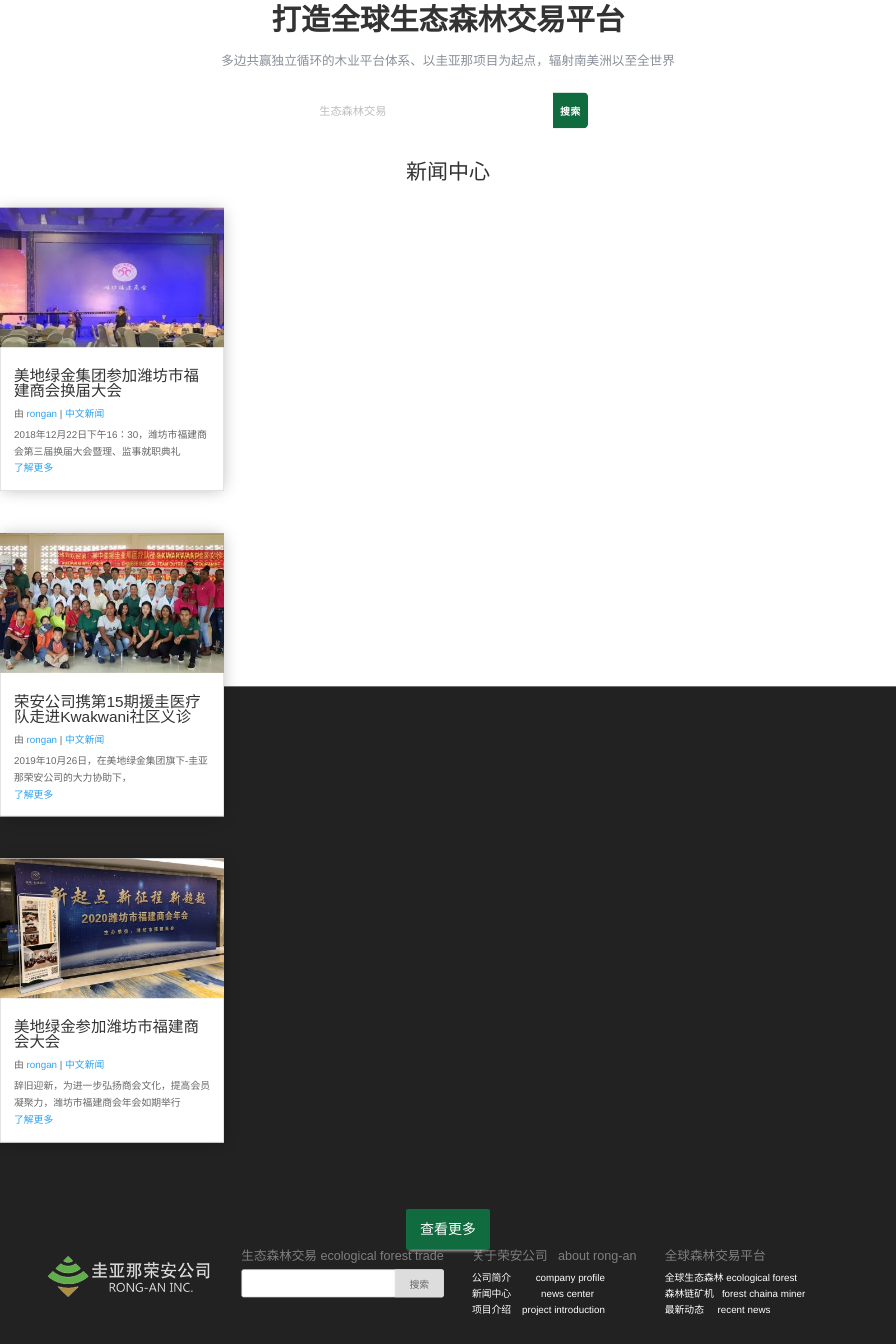
Repository: wfj01/guanwang
Page: /
The author's editor kept a copy of each file at every save. The page is drawn from the files as they stood at one save, then again after the next save.
The browser window is 1280 px wide. The pictures show the part of the page from y = 2256 to 4176 px (the page is 4234 px tall), at 70% of full size.
The project was rebuilt for these pictures with package versions that can differ from the ones it lists, and the page was loaded fresh each time. Also part of the build but not shown: src/view/guanyu/guanyu.vue, src/view/gyn/gyn.vue, src/view/xiangmu/xiangmu.vue, src/view/news/news.vue, src/view/jiaoyi/jiaoyi.vue, src/view/lianxi/lianxi.vue, src/view/news/detail.vue, src/components/m/guanyu/mguanyu.vue and 5 more.

Above is the page before, as saved 2021-01-08 11:07:48.

### index.html
<!DOCTYPE html>
<html>
  <head>
    <meta charset="utf-8">
    <meta name="viewport" content="width=device-width,initial-scale=1.0">
    <title>rongan</title>
  </head>
  <body>
    <div id="app"></div>
    <!-- built files will be auto injected -->
  </body>
</html>

<style>
  body {
    margin: 0;
  }
</style>

### src/App.vue
<template>
  <div id="app">
    <router-view  />
  </div>
</template>

<script>
export default {
  name: "App",

  data(){
    return{
      isMobile:false
    }
  },
  //App.vue
  mounted() {
    if (this._isMobile()) {
      this.isMobile = true
      } else {
        this.isMobile = false
      }
  },
  methods: {
    //App.vue
    _isMobile() {
      let flag = navigator.userAgent.match(
        /(phone|pad|pod|iPhone|iPod|ios|iPad|Android|Mobile|BlackBerry|IEMobile|MQQBrowser|JUC|Fennec|wOSBrowser|BrowserNG|WebOS|Symbian|Windows Phone)/i
      );
      return flag;
    },
  },
};
</script>

<style>
#app {
  font-family: "Avenir", Helvetica, Arial, sans-serif;
  -webkit-font-smoothing: antialiased;
  -moz-osx-font-smoothing: grayscale;
}
</style>

### src/view/index.vue
<template>
  <div>
    <mindexview v-show="ismorpc"></mindexview>
    <pindexview v-show="!ismorpc"></pindexview>
  </div>
</template>

<script>
export default {
  data() {
    return {
      ismorpc: false,
    };
  },
  // beforeCreate() {
  //   console.log(this.isMobile());
  //   if (this.isMobile()) {
  //     this.ismorpc = true;
  //   } else {
  //     this.ismorpc = false;
  //   }
  // },
  // created() {
  //   console.log(this.isMobile());
  //   if (this.isMobile()) {
  //     this.ismorpc = true;
  //   } else {
  //     this.ismorpc = false;
  //   }
  // },
  mounted() {
    console.log(this.isMobile());
    if (this.isMobile()) {
      this.ismorpc = true;
    } else {
      this.ismorpc = false;
    }
  },
  methods: {
    //判断
    isMobile() {
      let flag = navigator.userAgent.match(
        /(phone|pad|pod|iPhone|iPod|ios|iPad|Android|Mobile|BlackBerry|IEMobile|MQQBrowser|JUC|Fennec|wOSBrowser|BrowserNG|WebOS|Symbian|Windows Phone)/i
      );
      return flag;
    },
  },
};
</script>

<style>
</style>

### src/components/pc/index.vue
<template>
  <div>
    <!-- 头部 -->
    <pheaderview></pheaderview>
    <!-- 中间 -->
    <div id="page-container">
			<div id="et-main-area">
				<div id="main-content">
					<article id="post-8" class="post-8 page type-page status-publish hentry">
						<div class="entry-content">
							<div id="et-boc" class="et-boc">
								<div class="et-l et-l--post">
									<div class="et_builder_inner_content et_pb_gutters3">
										<div class="et_pb_section et_pb_section_0 et_animated et_pb_with_background et_section_regular">
											<div class="et_pb_row et_pb_row_0 et_animated">
												<div class="et_pb_column et_pb_column_4_4 et_pb_column_0  et_pb_css_mix_blend_mode_passthrough et-last-child">
													<div class="et_pb_with_border et_pb_module et_pb_cta_0 et_animated et_hover_enabled et_pb_promo  et_pb_text_align_left et_pb_bg_layout_dark et_pb_no_bg">
														<div class="et_pb_promo_description">
															<h1 class="et_pb_module_header">110英亩林区码头</h1>
															<div>
																<p style="text-align: left;">约475736公顷林地、出木总量为约1600万m³</p>
															</div>
														</div>
														<div class="et_pb_button_wrapper"><a class="et_pb_button et_pb_promo_button" href="#">绿色生态</a></div>
													</div>
												</div> <!-- .et_pb_column -->


											</div> <!-- .et_pb_row -->


										</div> <!-- .et_pb_section -->
										<div class="et_pb_section et_pb_section_1 et_section_regular">




											<div class="et_pb_row et_pb_row_1 et_pb_gutters3">
												<div class="et_pb_column et_pb_column_4_4 et_pb_column_1  et_pb_css_mix_blend_mode_passthrough et-last-child">


													<div class="et_pb_module et_pb_text et_pb_text_0 et_animated  et_pb_text_align_left et_pb_bg_layout_light">


														<div class="et_pb_text_inner">
															<h2 style="text-align: center;"><strong>圭亚那荣安公司业务范围</strong></h2>
															<h4 style="text-align: center;"><span style="color: #808080;">原木采伐销售、锯板厂深加工、进出口贸易</span></h4>
														</div>
													</div> <!-- .et_pb_text -->
												</div> <!-- .et_pb_column -->


											</div> <!-- .et_pb_row -->


										</div> <!-- .et_pb_section -->
										<div class="et_pb_section et_pb_section_2 et_section_regular">




											<div class="et_pb_row et_pb_row_2">
												<div class="et_pb_column et_pb_column_1_3 et_pb_column_2  et_pb_css_mix_blend_mode_passthrough">


													<div class="et_pb_module et_pb_image et_pb_image_0 et_animated et-waypoint">


														<span class="et_pb_image_wrap has-box-shadow-overlay">
															<div class="box-shadow-overlay"></div><img src="../../public/images/004.jpg" alt="" title="004" height="auto" width="auto"
															 srcset="../../public/images/004.jpg 320w, ../../public/images/004.jpg 300w" sizes="(max-width: 320px) 100vw, 320px" class="wp-image-37" />
														</span>
													</div>
													<div class="et_pb_module et_pb_toggle et_pb_toggle_0 et_animated et_pb_toggle_item  et_pb_toggle_close">


														<h5 class="et_pb_toggle_title">原木采伐销售</h5>
														<div class="et_pb_toggle_content clearfix">
															<p>荣安公司集森林采伐、木材销售，木材深加工为一体，贯穿整个木业产业链运输及销售</p>
														</div> <!-- .et_pb_toggle_content -->
													</div> <!-- .et_pb_toggle -->
												</div> <!-- .et_pb_column -->
												<div class="et_pb_column et_pb_column_1_3 et_pb_column_3  et_pb_css_mix_blend_mode_passthrough">


													<div class="et_pb_module et_pb_image et_pb_image_1 et_animated et-waypoint">


														<span class="et_pb_image_wrap has-box-shadow-overlay">
															<div class="box-shadow-overlay"></div><img src="../../public/images/005.jpg" alt="" title="005" height="auto" width="auto"
															 srcset="../../public/images/005.jpg 320w, ../../public/images/005.jpg 300w" sizes="(max-width: 320px) 100vw, 320px" class="wp-image-38" />
														</span>
													</div>
													<div class="et_pb_module et_pb_toggle et_pb_toggle_1 et_animated et_pb_toggle_item  et_pb_toggle_close">


														<h5 class="et_pb_toggle_title">锯板厂深加工</h5>
														<div class="et_pb_toggle_content clearfix">
															<p>出于对圭亚那林产品的信心，荣安公司还建设了锯板厂，加工多种树种</p>
														</div> <!-- .et_pb_toggle_content -->
													</div> <!-- .et_pb_toggle -->
												</div> <!-- .et_pb_column -->
												<div class="et_pb_column et_pb_column_1_3 et_pb_column_4  et_pb_css_mix_blend_mode_passthrough et-last-child">


													<div class="et_pb_module et_pb_image et_pb_image_2 et_animated et-waypoint">


														<span class="et_pb_image_wrap has-box-shadow-overlay">
															<div class="box-shadow-overlay"></div><img src="../../public/images/006.jpg" alt="" title="006" height="auto" width="auto"
															 srcset="../../public/images/006.jpg 320w, ../../public/images/006.jpg 300w" sizes="(max-width: 320px) 100vw, 320px" class="wp-image-39" />
														</span>
													</div>
													<div class="et_pb_module et_pb_toggle et_pb_toggle_2 et_animated et_pb_toggle_item  et_pb_text_align_left et_pb_toggle_close">


														<h5 class="et_pb_toggle_title">进出口贸易</h5>
														<div class="et_pb_toggle_content clearfix">荣安公司在南美洲及亚洲经营着销售网络和O2O平台、将圭亚那的木材产品销往世界各地。</div>
														<!-- .et_pb_toggle_content -->
													</div> <!-- .et_pb_toggle -->
												</div> <!-- .et_pb_column -->


											</div> <!-- .et_pb_row -->
											<div class="et_pb_row et_pb_row_3">
												<div class="et_pb_column et_pb_column_4_4 et_pb_column_5  et_pb_css_mix_blend_mode_passthrough et-last-child">


													<div class="et_pb_module et_pb_text et_pb_text_1  et_pb_text_align_left et_pb_bg_layout_light">


														<div class="et_pb_text_inner">
															<h1 style="text-align: center;"><span style="color: #808080;">荣安林区产量概述</span></h1>
															<h5 style="text-align: center;"><span style="color: #999999;">现荣安公司名下拥有2块林区、约475736公顷</span></h5>
														</div>
													</div> <!-- .et_pb_text -->
												</div> <!-- .et_pb_column -->


											</div> <!-- .et_pb_row -->
											<div class="et_pb_row et_pb_row_4">
												<div class="et_pb_column et_pb_column_1_3 et_pb_column_6  et_pb_css_mix_blend_mode_passthrough">


													<div class="et_pb_module et_pb_text et_pb_text_2 et_animated  et_pb_text_align_left et_pb_bg_layout_light">


														<div class="et_pb_text_inner">
															<h3>第一项目林区</h3>
															<p>林区面积57927公顷、出木总量约77.2万m³、根据圭亚那森林局规定、1平方公里允许出木量为1333m³、1公顷=0.01平方公里。</p>
															<p>荣安林区允许出木总量为475736X1333=6341560.9m³ 约634万m³</p>
														</div>
													</div> <!-- .et_pb_text -->
													<div class="et_pb_button_module_wrapper et_pb_button_0_wrapper  et_pb_module ">
														<a class="et_pb_button et_pb_button_0 et_hover_enabled et_pb_bg_layout_dark" href="">第一林区图片</a>
													</div>
												</div> <!-- .et_pb_column -->
												<div class="et_pb_column et_pb_column_2_3 et_pb_column_7  et_pb_css_mix_blend_mode_passthrough et-last-child">


													<div class="et_pb_module et_pb_image et_pb_image_3 et_animated et-waypoint">


														<span class="et_pb_image_wrap "><img src="../../public/images/f987838a68a08e05370b66177e9a523副本-2.png" alt="" title="f987838a68a08e05370b66177e9a523副本"
															 height="auto" width="auto" /></span>
													</div>
												</div> <!-- .et_pb_column -->


											</div> <!-- .et_pb_row -->
											<div class="et_pb_row et_pb_row_5">
												<div class="et_pb_column et_pb_column_1_2 et_pb_column_8  et_pb_css_mix_blend_mode_passthrough">


													<div class="et_pb_module et_pb_image et_pb_image_4 et_animated et-waypoint">


														<span class="et_pb_image_wrap "><img src="../../public/images/未命名-2.png" alt="" title="未命名-2" height="auto" width="auto" /></span>
													</div>
												</div> <!-- .et_pb_column -->
												<div class="et_pb_column et_pb_column_1_2 et_pb_column_9  et_pb_css_mix_blend_mode_passthrough et-last-child">


													<div class="et_pb_module et_pb_text et_pb_text_3 et_animated  et_pb_text_align_left et_pb_bg_layout_light">


														<div class="et_pb_text_inner">
															<h3>第二项目林区</h3>
															<p>林区面积417809公顷、出木总量约557万m³、如将60%的原木产品通过锯木厂的深加工及烘干后、成为各种等级的板材产品，可产生2-5倍的附加值</p>
															<p>荣安林区允许出木总量为475736X1333=6341560.9m³ 约634万m³</p>
														</div>
													</div> <!-- .et_pb_text -->
													<div class="et_pb_button_module_wrapper et_pb_button_1_wrapper  et_pb_module ">
														<a class="et_pb_button et_pb_button_1 et_hover_enabled et_pb_bg_layout_dark" href="">第二林区图片</a>
													</div>
												</div> <!-- .et_pb_column -->


											</div> <!-- .et_pb_row -->


										</div> <!-- .et_pb_section -->
										<div class="et_pb_section et_pb_section_3 et_section_regular">




											<div class="et_pb_row et_pb_row_6">
												<div class="et_pb_column et_pb_column_4_4 et_pb_column_10  et_pb_css_mix_blend_mode_passthrough et-last-child">


													<div class="et_pb_module et_pb_text et_pb_text_4 et_animated  et_pb_text_align_center et_pb_bg_layout_light">


														<div class="et_pb_text_inner">
															<h2>打造全球生态森林交易平台</h2>
															<p>多边共赢独立循环的木业平台体系、以圭亚那项目为起点，辐射南美洲以至全世界</p>
														</div>
													</div> <!-- .et_pb_text -->
													<div class="et_pb_with_border et_pb_module et_pb_search et_pb_search_0 et_animated  et_pb_text_align_left et_pb_bg_layout_light">


														<form role="search" method="get" class="et_pb_searchform" action="index.html">
															<div>
																<label class="screen-reader-text" for="s">搜索：</label>
																<input type="text" name="s" placeholder="生态森林交易" class="et_pb_s" />
																<input type="hidden" name="et_pb_searchform_submit" value="et_search_proccess" />

																<input type="hidden" name="et_pb_include_posts" value="yes" />
																<input type="hidden" name="et_pb_include_pages" value="yes" />
																<input type="submit" value="搜索" class="et_pb_searchsubmit">
															</div>
														</form>
													</div> <!-- .et_pb_text -->
												</div> <!-- .et_pb_column -->


											</div> <!-- .et_pb_row -->
											<div class="et_pb_row et_pb_row_7">
												<div class="et_pb_column et_pb_column_4_4 et_pb_column_11  et_pb_css_mix_blend_mode_passthrough et-last-child">


													<div class="et_pb_module et_pb_text et_pb_text_5 et_animated  et_pb_text_align_left et_pb_bg_layout_light">


														<div class="et_pb_text_inner">
															<h1 style="text-align: center;">新闻中心</h1>
														</div>
													</div> <!-- .et_pb_text -->
												</div> <!-- .et_pb_column -->


											</div> <!-- .et_pb_row -->
											<div class=" et_pb_row_8 et_animated">
												<div class="et_pb_column et_pb_column_4_4 et_pb_column_12  et_pb_css_mix_blend_mode_passthrough et-last-child">


													<div class="et_pb_module et_pb_blog_0 et_animated et_pb_blog_grid_wrapper">
														<div class="et_pb_blog_grid clearfix ">


															<div class="et_pb_ajax_pagination_container">
																<div class="et_pb_salvattore_content" data-columns>
																	<article id="post-65" style="width: 320px;" class="et_pb_post clearfix et_pb_has_overlay et_pb_blog_item_0_0 post-65 post type-post status-publish format-standard has-post-thumbnail hentry category-12">

																		<div class="et_pb_image_container"><a href="./html/newslist.html" class="entry-featured-image-url"><img
																				 src="../../public/images/u1-400x250.jpg" alt="美地绿金集团参加潍坊市福建商会换届大会" class="" srcset="../../public/images/u1.jpg 479w, ../../public/images/u1-400x250.jpg 480w "
																				 sizes="(max-width:479px) 479px, 100vw " width="400" height="250" /><span class="et_overlay et_pb_inline_icon"
																				 data-icon="&#x52;"></span></a></div>
																		<!-- .et_pb_image_container -->
																		<h3 class="entry-title"><a href="./html/newslist.html">美地绿金集团参加潍坊市福建商会换届大会</a></h3>

																		<p class="post-meta">由 <span class="author vcard"><a href="/html/newslist.html" title="发表人 rongan"
																				 rel="author">rongan</a></span> | <a href="./html/newslist.html" rel="tag">中文新闻</a></p>
																		<div class="post-content">
																			<div class="post-content-inner">
																				<p>2018年12月22日下午16：30，潍坊市福建商会第三届换届大会暨理、监事就职典礼</p>
																			</div><a href="./html/newslist.html" class="more-link">了解更多</a>
																		</div>
																	</article> <!-- .et_pb_post -->

																	<article id="post-62" style="width: 320px;" class="et_pb_post clearfix et_pb_has_overlay et_pb_blog_item_0_1 post-62 post type-post status-publish format-standard has-post-thumbnail hentry category-12">

																		<div class="et_pb_image_container"><a href="./html/newslist.html" class="entry-featured-image-url"><img
																				 src="../../public/images/新闻002-400x250.jpg" alt="荣安公司携第15期援圭医疗队走进Kwakwani社区义诊" class="" srcset="../../public/images/新闻002.jpg 479w, ../../public/images/新闻002-400x250.jpg 480w "
																				 sizes="(max-width:479px) 479px, 100vw " width="400" height="250" /><span class="et_overlay et_pb_inline_icon"
																				 data-icon="&#x52;"></span></a></div>
																		<!-- .et_pb_image_container -->
																		<h3 class="entry-title"><a href="./html/newslist.html">荣安公司携第15期援圭医疗队走进Kwakwani社区义诊</a></h3>

																		<p class="post-meta">由 <span class="author vcard"><a href="/html/newslist.html" title="发表人 rongan"
																				 rel="author">rongan</a></span> | <a href="./html/newslist.html" rel="tag">中文新闻</a></p>
																		<div class="post-content">
																			<div class="post-content-inner">
																				<p>2019年10月26日，在美地绿金集团旗下-圭亚那荣安公司的大力协助下，</p>
																			</div><a href="./html/newslist.html" class="more-link">了解更多</a>
																		</div>
																	</article> <!-- .et_pb_post -->

																	<article id="post-56" style="width: 320px;" class="et_pb_post clearfix et_pb_has_overlay et_pb_blog_item_0_2 post-56 post type-post status-publish format-standard has-post-thumbnail hentry category-12">

																		<div class="et_pb_image_container"><a href="http://rooan.cn/index.php/zh/2020/10/27/%e7%be%8e%e5%9c%b0%e7%bb%bf%e9%87%91%e5%8f%82%e5%8a%a0%e6%bd%8d%e5%9d%8a%e5%b8%82%e7%a6%8f%e5%bb%ba%e5%95%86%e4%bc%9a%e5%a4%a7%e4%bc%9a/"
																			 class="entry-featured-image-url"><img src="../../public/images/新闻001-400x250.jpg" alt="美地绿金参加潍坊市福建商会大会" class=""
																				 srcset="../../public/images/新闻001-scaled.jpg 479w, ../../public/images/新闻001-400x250.jpg 480w " sizes="(max-width:479px) 479px, 100vw "
																				 width="400" height="250" /><span class="et_overlay et_pb_inline_icon" data-icon="&#x52;"></span></a></div>
																		<!-- .et_pb_image_container -->
																		<h3 class="entry-title"><a href="http://rooan.cn/index.php/zh/2020/10/27/%e7%be%8e%e5%9c%b0%e7%bb%bf%e9%87%91%e5%8f%82%e5%8a%a0%e6%bd%8d%e5%9d%8a%e5%b8%82%e7%a6%8f%e5%bb%ba%e5%95%86%e4%bc%9a%e5%a4%a7%e4%bc%9a/">美地绿金参加潍坊市福建商会大会</a></h3>

																		<p class="post-meta">由 <span class="author vcard"><a href="/html/newslist.html" title="发表人 rongan"
																				 rel="author">rongan</a></span> | <a href="./html/newslist.html" rel="tag">中文新闻</a></p>
																		<div class="post-content">
																			<div class="post-content-inner">
																				<p>辞旧迎新，为进一步弘扬商会文化，提高会员凝聚力，潍坊市福建商会年会如期举行</p>
																			</div><a href="http://rooan.cn/index.php/zh/2020/10/27/%e7%be%8e%e5%9c%b0%e7%bb%bf%e9%87%91%e5%8f%82%e5%8a%a0%e6%bd%8d%e5%9d%8a%e5%b8%82%e7%a6%8f%e5%bb%ba%e5%95%86%e4%bc%9a%e5%a4%a7%e4%bc%9a/"
																			 class="more-link">了解更多</a>
																		</div>
																	</article> <!-- .et_pb_post -->
																</div><!-- .et_pb_salvattore_content -->
																<div>
																	<div class="pagination clearfix">
																		<div class="alignleft"></div>
																		<div class="alignright"></div>
																	</div>
																</div>
															</div> <!-- .et_pb_posts -->
														</div>

													</div>
												</div> <!-- .et_pb_column -->


											</div> <!-- .et_pb_row -->
											<div class="et_pb_row et_pb_row_9">
												<div class="et_pb_column et_pb_column_4_4 et_pb_column_13  et_pb_css_mix_blend_mode_passthrough et-last-child">


													<div class="et_pb_button_module_wrapper et_pb_button_2_wrapper et_pb_button_alignment_center et_pb_module ">
														<a class="et_pb_button et_pb_button_2 et_animated et_pb_bg_layout_dark" href="">查看更多</a>
													</div>
												</div> <!-- .et_pb_column -->


											</div> <!-- .et_pb_row -->


										</div> <!-- .et_pb_section -->
									</div><!-- .et_builder_inner_content -->
								</div><!-- .et-l -->


							</div><!-- #et-boc -->
						</div> <!-- .entry-content -->


					</article> <!-- .et_pb_post -->



				</div> <!-- #main-content -->

			</div> <!-- #et-main-area -->


		</div> <!-- #page-container -->

    <!-- 底部 -->
    <pfooterview></pfooterview>
  </div>
</template>

<script>
export default {};
</script>

<style>
@import "../../public/css/style-4.6.6.css";
@import "../../public/css/style.min.css";
@import "../../public/css/et-core-unified-365-160447754730.css";
@import "../../public/css/wp-mediaelement.min.css";
@import "../../public/css/mediaelementplayer-legacy.min.css";

.et_pb_number_counter11{
    opacity: 1 !important;
}
</style>

Loaded but not shown: src/public/css/style-4.6.6.css (library); src/public/css/style.min.css (library); src/public/css/wp-mediaelement.min.css (library); src/public/css/mediaelementplayer-legacy.min.css (library); src/public/css/et-core-unified-82-16038658272203.min.css (library); src/public/css/et-core-unified-84-16038672658923.min.css (library); src/public/css/et-core-unified-86-16039056006672.min.css (library); src/public/css/et-core-unified-88-16039525857063.min.css (library); src/public/css/et-core-unified-90-16039614013592.min.css (library); src/components/index.js (42 lines, source omitted); src/router/index.js (55 lines, source omitted); src/main.js (27 lines, source omitted); src/components/pc/jiaoyi/pjiaoyi.vue (715 lines, source omitted); src/components/pc/xiangmu/pxiangmu.vue (558 lines, source omitted); src/components/pc/gaikuo/pgaikuo.vue (519 lines, source omitted); src/public/css/et-core-unified-365-160447754730.css (881 lines, source omitted); src/components/pc/news/detail/pdetail.vue (409 lines, source omitted); src/components/pc/guanyu/pguanyu.vue (336 lines, source omitted); src/components/pc/lianxi/plianxi.vue (290 lines, source omitted); src/components/m/index.vue (490 lines, source omitted); src/components/pc/news/pnews.vue (244 lines, source omitted); src/components/pc/pheader/index.vue (254 lines, source omitted); src/components/m/jiaoyi/mjiaoyi.vue (369 lines, source omitted); src/components/m/mheader/mheader.vue (268 lines, source omitted); src/components/pc/pfooter/index.vue (106 lines, source omitted); src/components/m/mfooter/footer.vue (135 lines, source omitted)

After the next save:
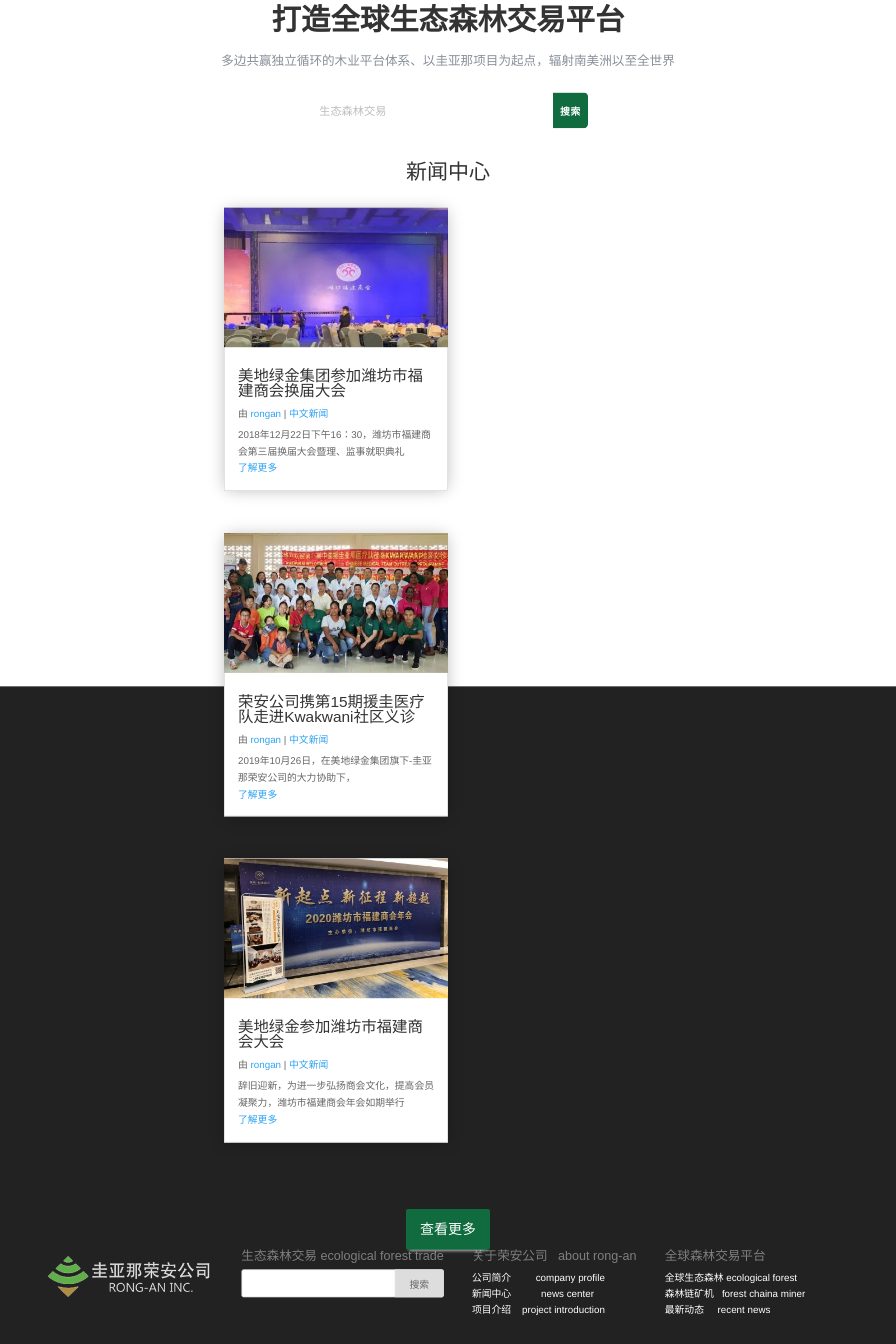
Saved 2 min 10 s later.
--- a/src/components/pc/index.vue
+++ b/src/components/pc/index.vue
@@ -259,7 +259,7 @@
 														<div class="et_pb_blog_grid clearfix ">
 
 
-															<div class="et_pb_ajax_pagination_container">
+															<div class="et_pb_ajax_pagination_container" style="display: flex;justify-content: space-evenly;">
 																<div class="et_pb_salvattore_content" data-columns>
 																	<article id="post-65" style="width: 320px;" class="et_pb_post clearfix et_pb_has_overlay et_pb_blog_item_0_0 post-65 post type-post status-publish format-standard has-post-thumbnail hentry category-12">
 
